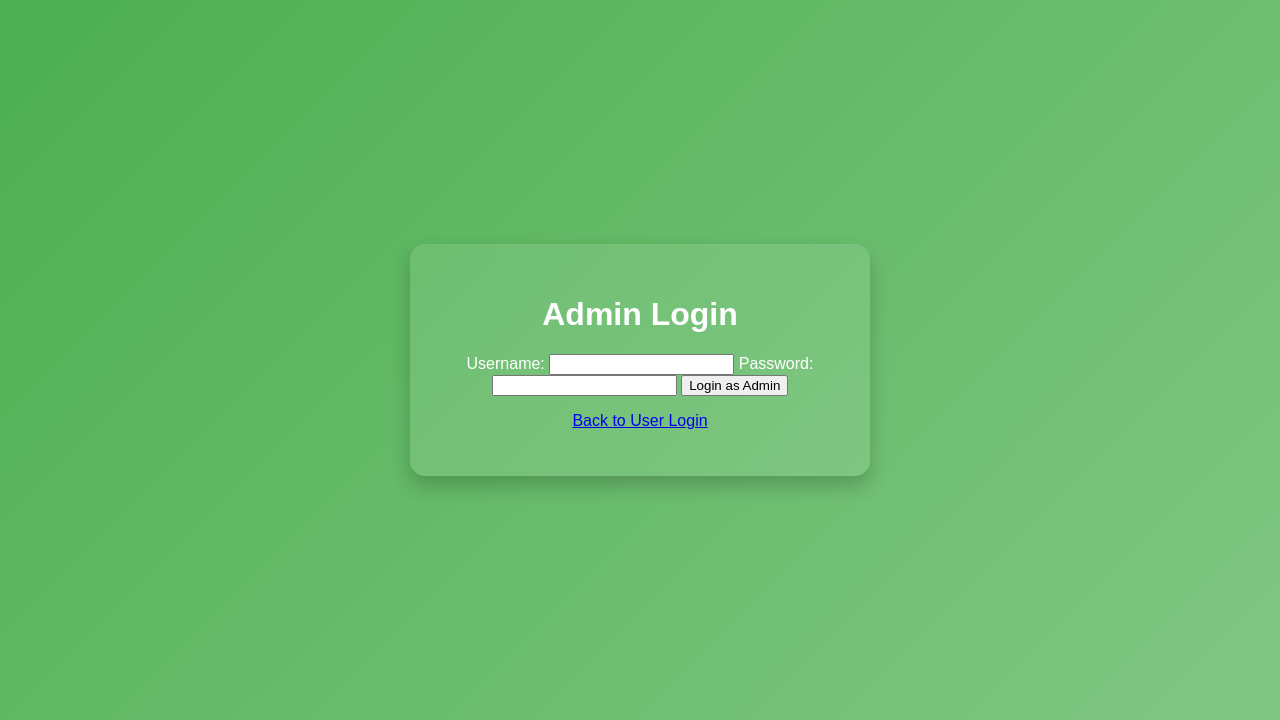
Repository: harutoNaiz/urban-mobility-system
Page: http://localhost/admin_login
These files come from the project's save history. The page is drawn as it stood at one moment and after the next save; the edit follows.
The browser window is 1280 px wide. The pictures show the whole page.
The page is served by the project's application, run on Flask 3 (app.py).

Above is the page before, as saved 2024-11-15 10:21:38.

After the next save:
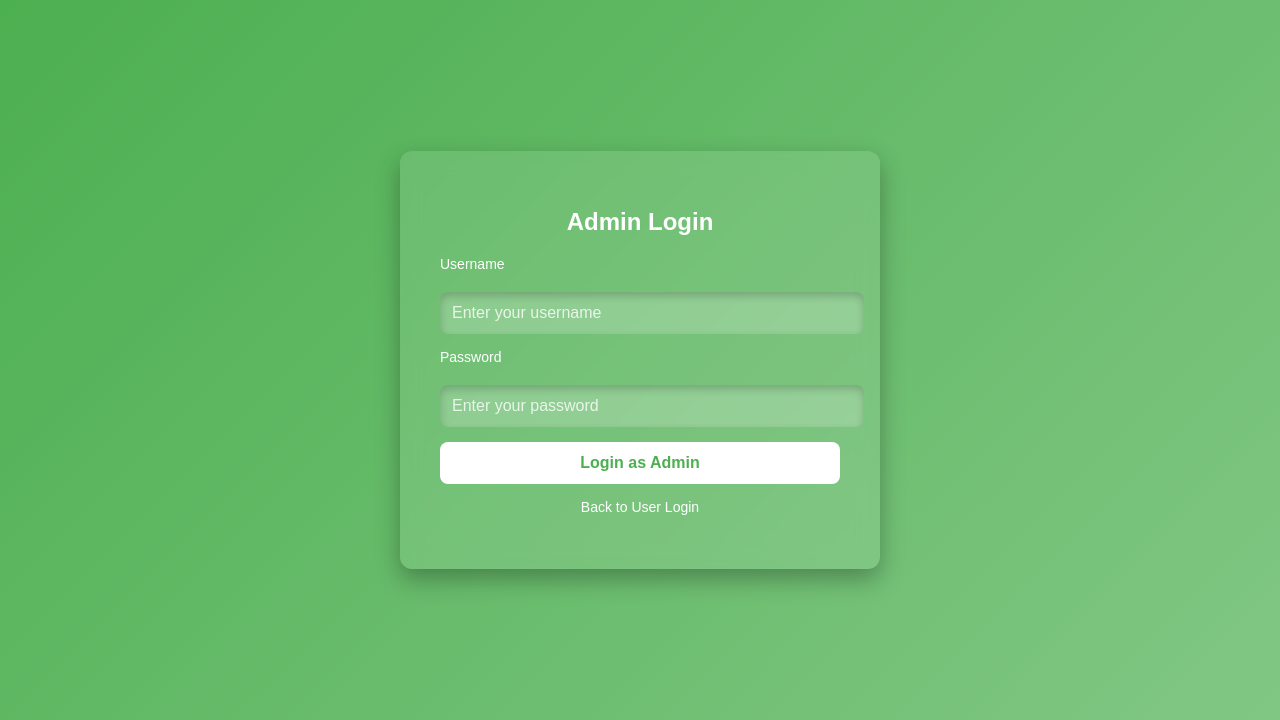
Saved 4 min 19 s later.
--- a/templates/admin_login.html
+++ b/templates/admin_login.html
@@ -6,7 +6,7 @@
     <meta name="viewport" content="width=device-width, initial-scale=1.0">
     <title>Admin Login</title>
     <style>
-        /* Copy the same styles from sign_in.html */
+        /* General body styles */
         body {
             font-family: 'Arial', sans-serif;
             background: linear-gradient(135deg, #4caf50, #81c784);
@@ -18,26 +18,105 @@
             align-items: center;
             color: #fff;
         }
+
+        /* Centered container */
         .container {
             background: rgba(255, 255, 255, 0.1);
-            padding: 30px;
-            border-radius: 15px;
-            box-shadow: 0 10px 20px rgba(0, 0, 0, 0.2);
+            padding: 40px;
+            border-radius: 12px;
+            box-shadow: 0 10px 25px rgba(0, 0, 0, 0.3);
+            max-width: 400px;
+            width: 90%;
+            text-align: center;
+            backdrop-filter: blur(10px);
+        }
+
+        /* Heading style */
+        h1 {
+            font-size: 24px;
+            font-weight: bold;
+            margin-bottom: 20px;
+            color: #ffffff;
+        }
+
+        /* Form and input styling */
+        form {
+            display: flex;
+            flex-direction: column;
+            gap: 15px;
+        }
+
+        label {
+            font-size: 14px;
+            text-align: left;
+            color: #ffffff;
+            margin-bottom: 5px;
+        }
+
+        input[type="text"],
+        input[type="password"] {
             width: 100%;
-            max-width: 400px;
-            text-align: center;
+            padding: 12px;
+            border: none;
+            border-radius: 8px;
+            outline: none;
+            background: rgba(255, 255, 255, 0.2);
+            color: #ffffff;
+            font-size: 16px;
+            box-shadow: inset 0 4px 8px rgba(0, 0, 0, 0.2);
         }
-        /* ... (rest of the styles from sign_in.html) ... */
+
+        input[type="text"]::placeholder,
+        input[type="password"]::placeholder {
+            color: #ffffff;
+            opacity: 0.8;
+        }
+
+        /* Button styling */
+        button {
+            background: #ffffff;
+            color: #4caf50;
+            font-size: 16px;
+            padding: 12px;
+            border: none;
+            border-radius: 8px;
+            cursor: pointer;
+            transition: background-color 0.3s ease, color 0.3s ease;
+            font-weight: bold;
+        }
+
+        button:hover {
+            background: #4caf50;
+            color: #ffffff;
+        }
+
+        /* Link styling */
+        p {
+            margin-top: 15px;
+            font-size: 14px;
+        }
+
+        a {
+            color: #ffffff;
+            text-decoration: none;
+            transition: color 0.3s;
+        }
+
+        a:hover {
+            color: #c8e6c9;
+        }
     </style>
 </head>
 <body>
     <div class="container">
         <h1>Admin Login</h1>
         <form method="POST">
-            <label for="username">Username:</label>
-            <input type="text" id="username" name="username" required>
-            <label for="password">Password:</label>
-            <input type="password" id="password" name="password" required>
+            <label for="username">Username</label>
+            <input type="text" id="username" name="username" placeholder="Enter your username" required>
+
+            <label for="password">Password</label>
+            <input type="password" id="password" name="password" placeholder="Enter your password" required>
+
             <button type="submit">Login as Admin</button>
         </form>
         <p><a href="{{ url_for('sign_in') }}">Back to User Login</a></p>
